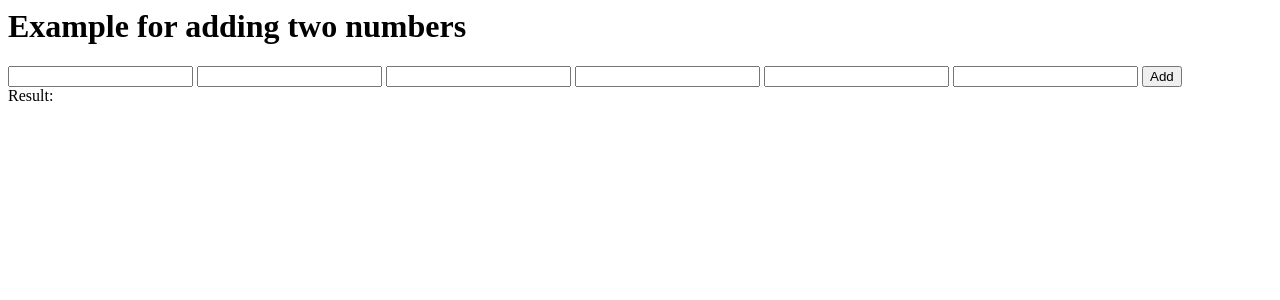
Repository: priyanalleboina/JsTraining
Page: Priyanka _JsExcercies/Excersice-14-ts/index.html
An editor plug-in stored every save of this project. The page is shown before and after a run of saves, followed by the edit.
The browser window is 1280 px wide. The pictures show the whole page.

Above is the page before, as saved 2020-06-04 11:38:02.
Not found: Priyanka _JsExcercies/Excersice-14-ts/main.ts

### Priyanka _JsExcercies/Excersice-14-ts/index.html
<html lang="en">
<head>
  <meta charset="UTF-8">
  <meta name="viewport" content="width=device-width, initial-scale=1.0">
  <title>Add Program</title>
</head>
<script src="./main.ts"></script>
<body>
  <div>
    <h1>Example for adding two numbers</h1>
    <input id="id">
    <input id="name">
    <input id="age">
    <input id="hno">
    <input id="colname">
    <input id="street">
    <button onclick="AddDetails();">Add</button>
    <div>
    <span>Result:</span>
    <span id="sum"></span>
  </div>
  </div>
</body>
</html>

After the next 2 saves:
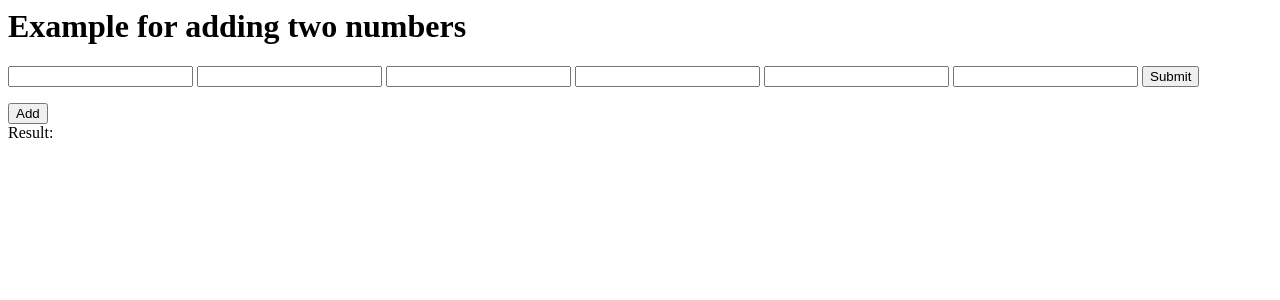
The 2 saves are shown as one change because they came seconds apart.
The last was saved 21 min 45 s later.
--- a/Priyanka _JsExcercies/Excersice-14-ts/index.html
+++ b/Priyanka _JsExcercies/Excersice-14-ts/index.html
@@ -8,12 +8,16 @@
 <body>
   <div>
     <h1>Example for adding two numbers</h1>
-    <input id="id">
-    <input id="name">
-    <input id="age">
-    <input id="hno">
-    <input id="colname">
-    <input id="street">
+    <form method="POST" action="/submit-form">
+        <input id="id" name="pid">
+        <input id="name" name="name">
+        <input id="age" name="age">
+        <input id="hno" name="age">
+        <input id="colName" name="colName">
+        <input id="street">
+        <input type="submit" />
+      </form>
+
     <button onclick="AddDetails();">Add</button>
     <div>
     <span>Result:</span>
